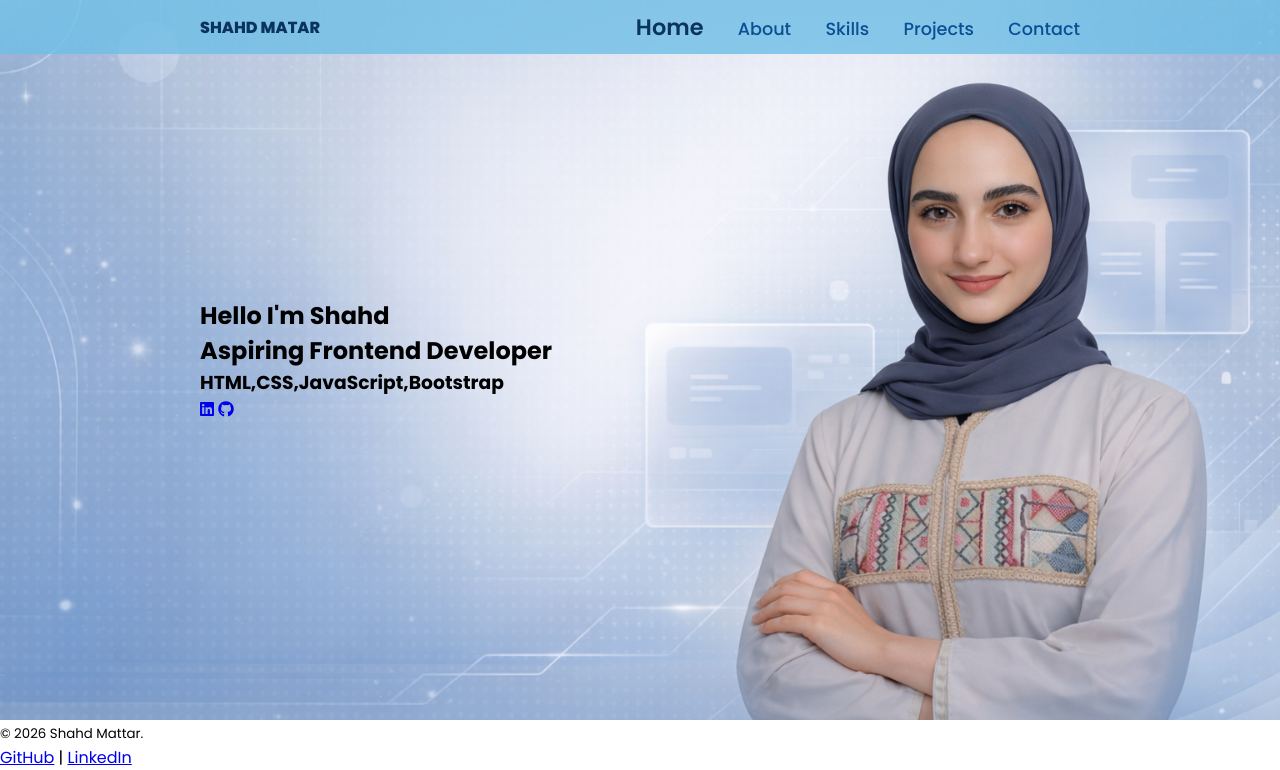
Repository: shahdmattar/personal-landing-page
Page: index.html
An editor plug-in stored every save of this project. The page is shown before and after a run of saves, followed by the edit.
The browser window is 1280 px wide. The pictures show the whole page.
The pointer rests on the first visible `.navgation a`.
Backgrounds fixed to the window are drawn as part of the page.

Above is the page before, as saved 2026-04-15 02:21:29.

After the next 2 saves:
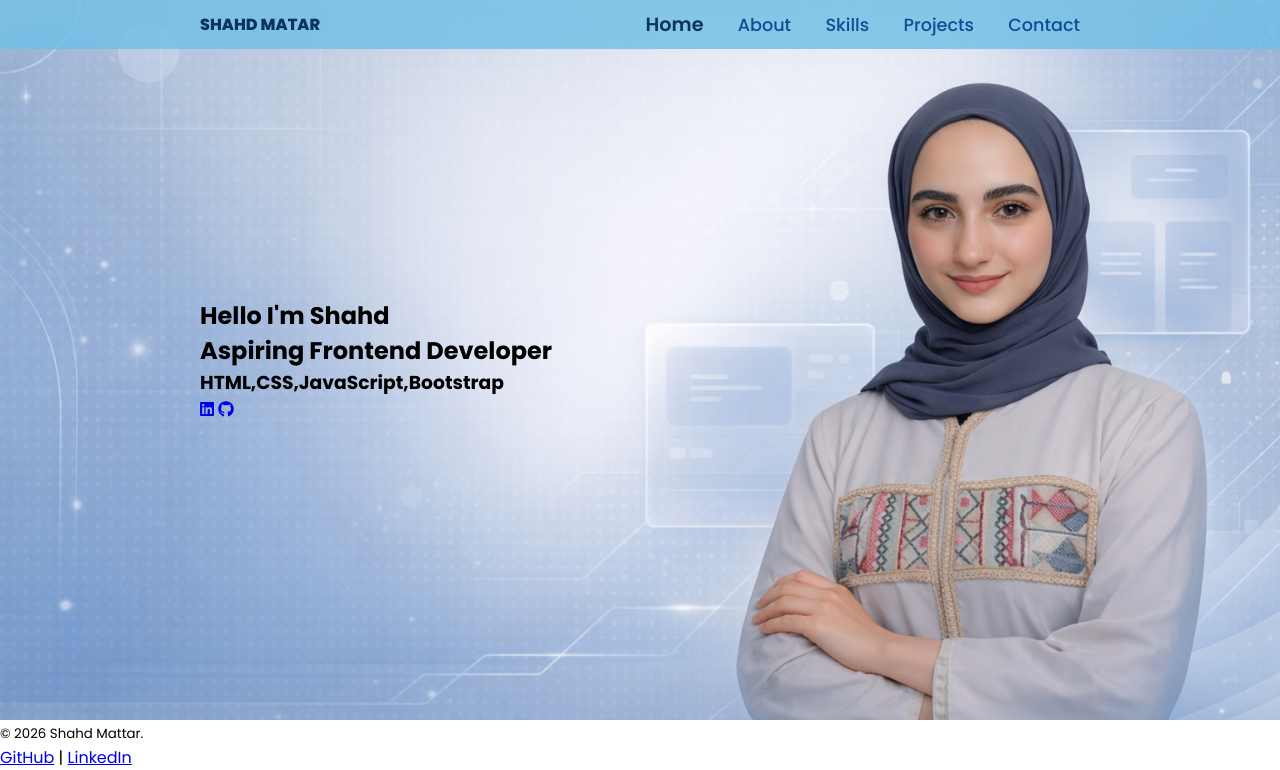
The 2 saves are shown as one change because they came seconds apart.
The last was saved 30 s later.
--- a/style.css
+++ b/style.css
@@ -37,7 +37,7 @@ header{
 
 .navgation a:hover{
   color:#0a345d;
-  font-size:1.4rem;
+  font-size:1.2rem;
   font-weight:600;
 }
 
